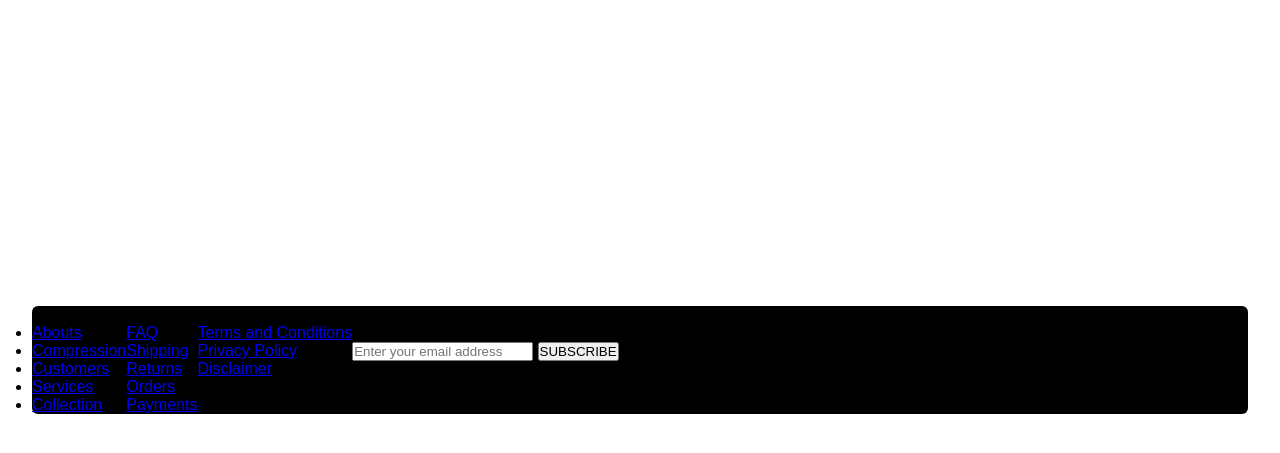
Repository: syni18/responsive_footer
Page: index.html
An editor plug-in stored every save of this project. The page is shown before and after a run of saves, followed by the edit.
The browser window is 1280 px wide. The pictures show the whole page.
Some web libraries are served in a nearby version.

Above is the page before, as saved 2023-11-03 17:14:51.

### index.html
<!DOCTYPE html>
<html lang="en">
<head>
    <meta charset="UTF-8">
    <meta name="viewport" content="width=device-width, initial-scale=1.0">
    <link rel="stylesheet" href="https://cdnjs.cloudflare.com/ajax/libs/font-awesome/6.4.2/css/all.in.css">
    <link rel="stylesheet" href="style.css">
    <title>Responsive footer</title>
</head>
<body>
    <section class="footer">
        <div class="footer-row">
            <div class="footer-col">
                <h4>Info</h4>
                <ul class="links">
                    <li><a href="#">Abouts</a></li>
                    <li><a href="#">Compression</a></li>
                    <li><a href="#">Customers</a></li>
                    <li><a href="#">Services</a></li>
                    <li><a href="#">Collection</a></li>
                </ul>
            </div>

            <div class="footer-col">
                <h4>Get Help</h4>
                <ul class="links">
                    <li><a href="#">FAQ</a></li>
                    <li><a href="#">Shipping</a></li>
                    <li><a href="#">Returns</a></li>
                    <li><a href="#">Orders</a></li>
                    <li><a href="#">Payments</a></li>
                </ul>
            </div>

            <div class="footer-col">
                <h4>Quick Links</h4>
                <ul class="links">
                    <li><a href="#">Terms and Conditions</a></li>
                    <li><a href="#">Privacy Policy</a></li>
                    <li><a href="#">Disclaimer</a></li>
                </ul>
            </div>

            <div class="footer-col">
                <h4>Newsletter</h4>
                <p>
                    Subscribe to our newsletter for a weekly dose of news, updates, helpful tips, and exclusive offers.
                </p>
                <form action="#">
                    <input type="email" name="email" id="email" placeholder="Enter your email address">
                    <button type="submit">SUBSCRIBE</button>
                </form>
                <div class="icons">
                    <i class="fa-brands fa-facebook"></i>
                    <i class="fa-brands fa-twitter"></i>
                    <i class="fa-brands fa-instagram"></i>
                    <i class="fa-brands fa-youtube"></i>
                </div>
            </div>
        </div>
    </section>
</body>
</html>

### style.css
*{
    margin: 0;
    padding: 0;
    box-sizing: border-box;
    font-family: sans-serif;
}
.footer{
    position: absolute;
    top: 50%;
    left: 50%;
    transform: translate(-50%, -50%);
    max-width: 1280px;
    width: 95%;
    background: #000;
    border-radius: 6px;
}
.footer .footer-row{
    display: flex;
    flex-wrap: ;
}

After the next 4 saves:
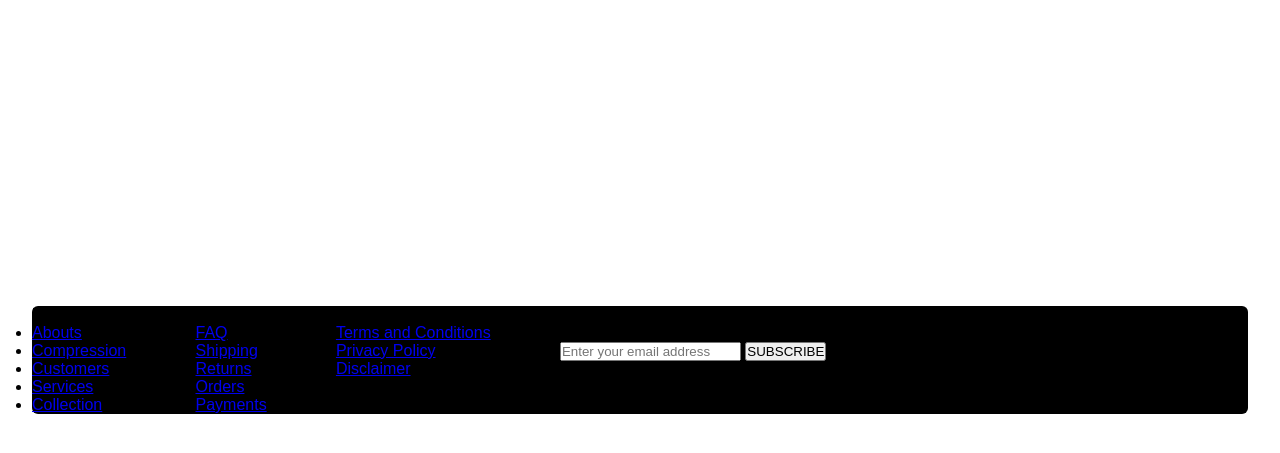
The 4 saves are shown as one change because they came seconds apart.
The last was saved 10 s later.
--- a/style.css
+++ b/style.css
@@ -16,5 +16,7 @@
 }
 .footer .footer-row{
     display: flex;
-    flex-wrap: ;
+    flex-wrap: wrap;
+    justify-content: space-between;
+
 }
